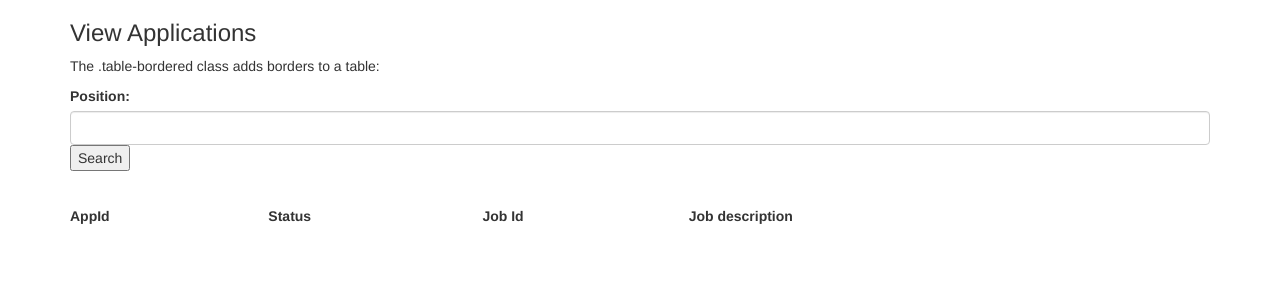
Repository: sanjukthas/NumberUtility
Page: http://localhost/HDZjobs/viewapplications.jsp
These files come from the project's save history. The page is drawn as it stood at one moment and after the next save; the edit follows.
The browser window is 1280 px wide. The pictures show the whole page.
The page is served by Tomcat 9. Other server files are loaded and not shown.

Above is the page before, as saved 2016-07-26 18:53:09.

### HDZjobs/WebContent/viewapplications.jsp
<%@ page language="java" contentType="text/html; charset=UTF-8"
    pageEncoding="UTF-8"%>
    <%@ taglib uri="http://java.sun.com/jsp/jstl/core" prefix="c"%>
<%@ taglib prefix="fmt" uri="http://java.sun.com/jsp/jstl/fmt"%>
<!DOCTYPE html PUBLIC "-//W3C//DTD HTML 4.01 Transitional//EN" "http://www.w3.org/TR/html4/loose.dtd">
<html>
<head>

  <meta charset="utf-8">
  <meta name="viewport" content="width=device-width, initial-scale=1">
  <link rel="stylesheet" href="http://maxcdn.bootstrapcdn.com/bootstrap/3.3.6/css/bootstrap.min.css">
  <script src="https://ajax.googleapis.com/ajax/libs/jquery/1.12.4/jquery.min.js"></script>
  <script src="http://maxcdn.bootstrapcdn.com/bootstrap/3.3.6/js/bootstrap.min.js"></script>
<meta http-equiv="Content-Type" content="text/html; charset=UTF-8">
<title>View Applications</title>
</head>
<body>
<div class="container">
  <h3>View Applications</h3>
  <p>The .table-bordered class adds borders to a table:</p>
  <table class="table table-bordered">

							<form action="ViewApplications"  method="post">
							<div class="form-group">
								<label for="typeAssgn">Position:</label> <input type="text"
									name="position" id="position" value=""
									class="form-control">
							<input type="submit" name="submit" id="submit" value="Search">
							</div>


							<table width="100%">
							<thead>
							<tr>
							<th>AppId</th>
							<th>Status</th>
							<th>Job Id</th>
							<th>Job description</th>
							</tr>
							</thead>
							<c:forEach var="app" items="${app}">
							<tr>
							<td><c:out value="${app.applicationid}"></c:out> </td>
							<td><c:out value="${app.appstatus}"></c:out> </td>
							<td><c:out value="${app.hdzJob.jobsid}"></c:out> </td>
							<td><c:out value="${app.hdzJob.description}"></c:out> </td>
							</c:forEach>
							</table>


							</form>

</body>
</html>

After the next save:
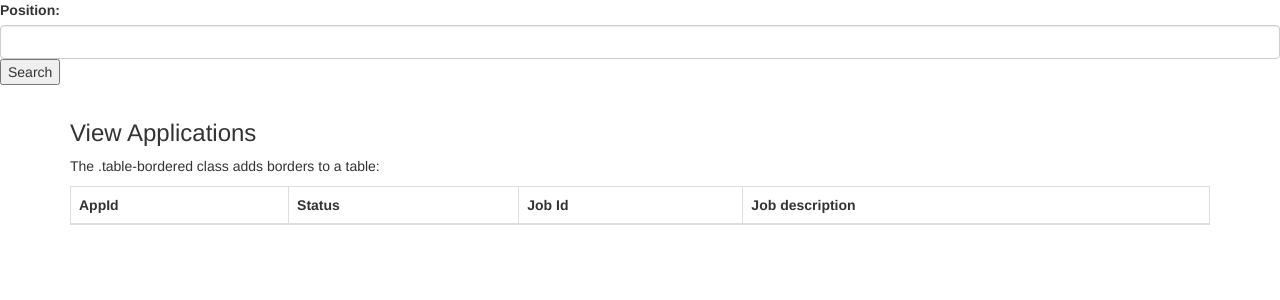
Saved 45 s later.
--- a/HDZjobs/WebContent/viewapplications.jsp
+++ b/HDZjobs/WebContent/viewapplications.jsp
@@ -15,21 +15,23 @@
 <title>View Applications</title>
 </head>
 <body>
-<div class="container">
-  <h3>View Applications</h3>
-  <p>The .table-bordered class adds borders to a table:</p>
-  <table class="table table-bordered">
 
-							<form action="ViewApplications"  method="post">
+<form action="ViewApplications"  method="post">
 							<div class="form-group">
 								<label for="typeAssgn">Position:</label> <input type="text"
 									name="position" id="position" value=""
 									class="form-control">
 							<input type="submit" name="submit" id="submit" value="Search">
 							</div>
+							<div class="container">
+  <h3>View Applications</h3>
+  <p>The .table-bordered class adds borders to a table:</p>
+  <table class="table table-bordered">
 
 
-							<table width="100%">
+
+
+
 							<thead>
 							<tr>
 							<th>AppId</th>
